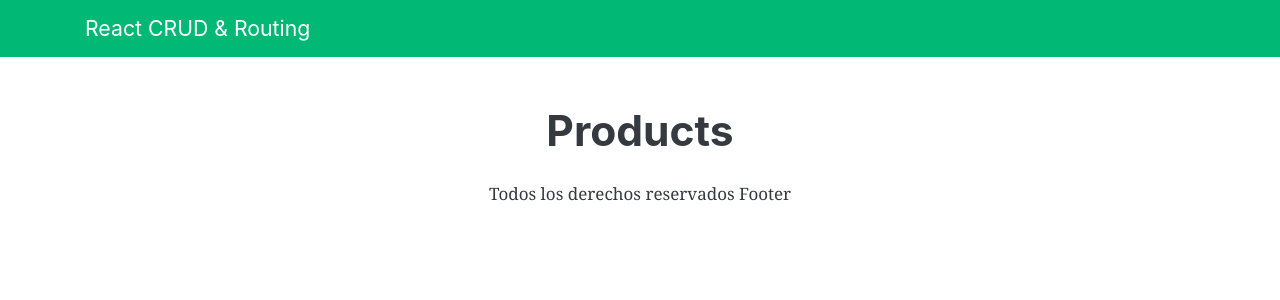
Repository: harrycampaz/router-reactjs
Page: /products
The author's editor kept a copy of each file at every save. The page is drawn from the files as they stood at one save, then again after the next save.
The browser window is 1280 px wide. The pictures show the whole page.
The project was rebuilt for these pictures with package versions that can differ from the ones it lists, and the page was loaded fresh each time. Also part of the build but not shown: src/components/Product/AddProduct.js, src/components/Product/EditProduct.js, src/components/Product/Product.js.

Above is the page before, as saved 2020-01-24 20:56:47.

After the next save:
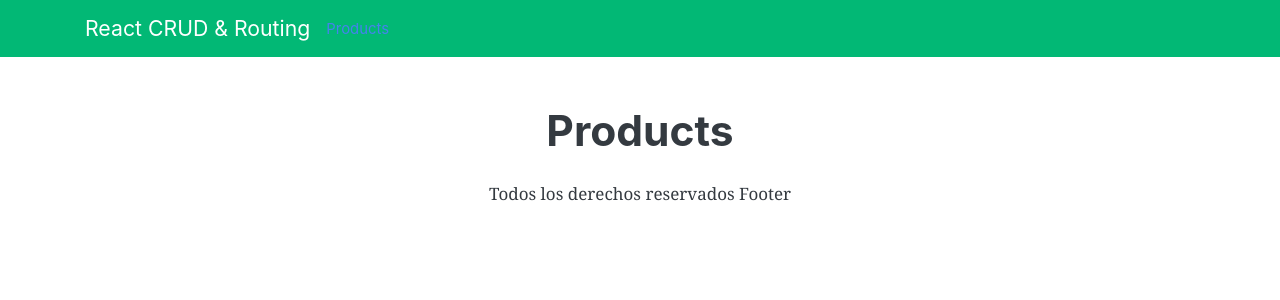
Saved 2 min 35 s later.
--- a/src/ui/Header.js
+++ b/src/ui/Header.js
@@ -2,13 +2,20 @@ import React from 'react';
 import { Link } from 'react-router-dom';
 
 const Header = (props) => (
-            <nav className="navbar navbar-expand-lg navbar-dark bg-dark">
-               <div className="container">
-               <Link to="/products" className="navbar-brand">
-                    React CRUD & Routing
+    <nav className="navbar navbar-expand-lg navbar-dark bg-dark">
+        <div className="container">
+            <Link to="/products" className="navbar-brand">
+                React CRUD & Routing
                 </Link>
-               </div>
-            </nav>
-    );
+            <ul className="navbar-nav mr-auto">
+                <li className="nav-item">
+                <Link to="/products">
+                    Products
+                </Link>
+                </li>
+            </ul>
+        </div>
+    </nav>
+);
 
 export default Header;
